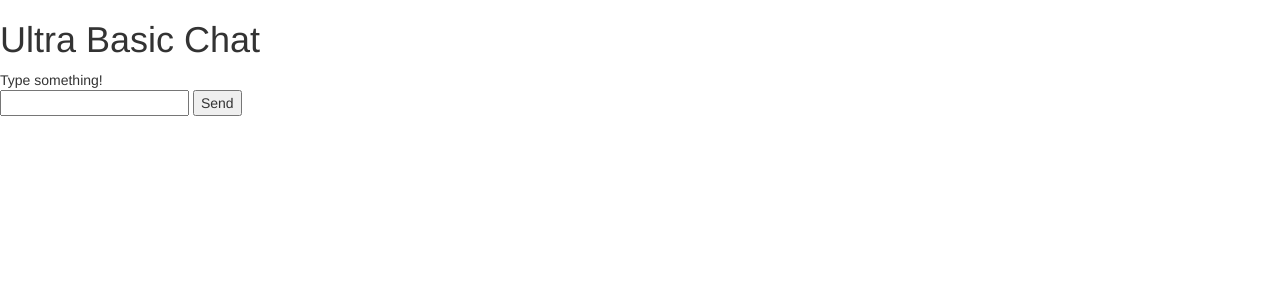
Repository: quibfiddle/WebDevBootcamp
Page: http://localhost/chat
The author's editor kept a record of every edit. The page is drawn from the files as they stood at one moment, then again after the next edit.
The browser window is 1280 px wide. The pictures show the whole page.
The page is served by the project's Node server (MoreExpress/BasicChatApp/chatapp.js).

Above is the page before.

### C9Workspace/MoreExpress/BasicChatApp/views/chattapp.ejs
<link href="https://maxcdn.bootstrapcdn.com/bootstrap/3.3.7/css/bootstrap.min.css" rel="stylesheet" integrity="sha384-BVYiiSIFeK1dGmJRAkycuHAHRg32OmUcww7on3RYdg4Va+PmSTsz/K68vbdEjh4u" crossorigin="anonymous">
<link rel="stylesheet" type="text/css" href="chatapp.css">

<h1>Ultra Basic Chat</h1>

<% chat.forEach(function(message){ %>
<li><%=  message %></li>
<% }); %>

<form action="/send" method="Post">
    <input type="Text" name="newMessage">
    <button>Send</button>
</form>

### C9Workspace/MoreExpress/BasicChatApp/chatapp.js
var express = require("express");
var app = express();
var bodyParser = require("body-parser");

app.use(express.static("public"));
app.set("view engine", "ejs");
app.use(bodyParser.urlencoded({ extended: false }))

var chat = ["Type something!"];


//returns the chat page, and builds a list from the chat object
app.get("/chat", function(req,res){
    res.render("chattapp", {chat: chat});
});

app.post("/send", function(req,res){
    console.log(req.body.newMessage);
    var newMessage = req.body.newMessage;
    chat.push(newMessage);
    res.redirect("/chat");
});

// app.post("/addfriend", function(req,res){
//     console.log(req.body.newFriend);
//     var newFriend = req.body.newFriend;
//     friends.push(newFriend);
//     console.log(newFriend);
//     //sort of refreshes the page once it completes the post.
//     res.redirect("/friends");
// });

app.listen(process.env.PORT, process.env.IP, function(){
    console.log("Server is running yo'")
});

### C9Workspace/MoreExpress/BasicChatApp/public/chatapp.css
li {
    list-style: none;
}

.container {
    margin: auto;
}

li:nth-child(odd) {
    background-color: #a0b4d3;
}

After the next edit:
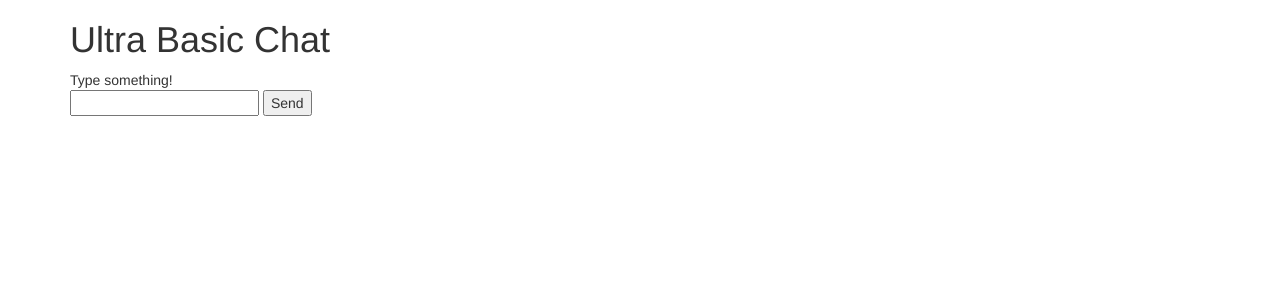
The edit:
--- a/C9Workspace/MoreExpress/BasicChatApp/views/chattapp.ejs
+++ b/C9Workspace/MoreExpress/BasicChatApp/views/chattapp.ejs
@@ -1,6 +1,7 @@
 <link href="https://maxcdn.bootstrapcdn.com/bootstrap/3.3.7/css/bootstrap.min.css" rel="stylesheet" integrity="sha384-BVYiiSIFeK1dGmJRAkycuHAHRg32OmUcww7on3RYdg4Va+PmSTsz/K68vbdEjh4u" crossorigin="anonymous">
 <link rel="stylesheet" type="text/css" href="chatapp.css">
 
+<div class="container">
 <h1>Ultra Basic Chat</h1>
 
 <% chat.forEach(function(message){ %>
